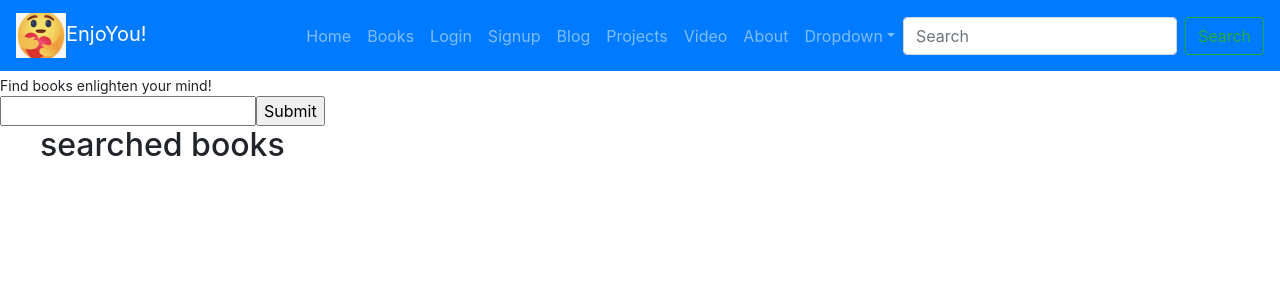
Repository: ebo-arcadia/enjoyou
Page: /books
These files come from the project's save history. The page is drawn as it stood at one moment and after the next save; the edit follows.
The browser window is 1280 px wide. The pictures show the whole page.
The project was rebuilt for these pictures with package versions that can differ from the ones it lists, and the page was loaded fresh each time. Also part of the build but not shown: src/App.css, src/components/Header.js, src/components/Home.js, src/containers/Login.js, src/containers/signup.js, src/containers/blog.js, src/containers/Projects.js, src/containers/video.js and 1 more.

Above is the page before, as saved 2021-04-21 23:37:14.

### public/index.html
<!DOCTYPE html>
<html lang="en">
  <head>
    <meta charset="utf-8" />
    <link rel="icon" href="%PUBLIC_URL%/favicon.ico" />
    <meta name="viewport" content="width=device-width, initial-scale=1" />
    <meta name="theme-color" content="#000000" />
    <meta
      name="description"
      content="Web site created using create-react-app"
    />
    <link rel="apple-touch-icon" href="%PUBLIC_URL%/logo192.png" />
    <!--
      manifest.json provides metadata used when your web app is installed on a
      user's mobile device or desktop. See https://developers.google.com/web/fundamentals/web-app-manifest/
    -->
    <link rel="manifest" href="%PUBLIC_URL%/manifest.json" />
    <link rel="stylesheet" href="https://cdn.jsdelivr.net/npm/bootstrap@4.6.0/dist/css/bootstrap.min.css" integrity="sha384-B0vP5xmATw1+K9KRQjQERJvTumQW0nPEzvF6L/Z6nronJ3oUOFUFpCjEUQouq2+l" crossorigin="anonymous" />

    <!--
      Notice the use of %PUBLIC_URL% in the tags above.
      It will be replaced with the URL of the `public` folder during the build.
      Only files inside the `public` folder can be referenced from the HTML.

      Unlike "/favicon.ico" or "favicon.ico", "%PUBLIC_URL%/favicon.ico" will
      work correctly both with client-side routing and a non-root public URL.
      Learn how to configure a non-root public URL by running `npm run build`.
    -->
    <title>React App</title>
  </head>
  <body>
    <noscript>You need to enable JavaScript to run this app.</noscript>
    <div id="root"></div>
    <!--
      This HTML file is a template.
      If you open it directly in the browser, you will see an empty page.

      You can add webfonts, meta tags, or analytics to this file.
      The build step will place the bundled scripts into the <body> tag.

      To begin the development, run `npm start` or `yarn start`.
      To create a production bundle, use `npm run build` or `yarn build`.
    -->
  </body>
</html>

### src/index.css
body, html {
  height: 100%;
}

/* -------------Header--------------- */

.header-wraper {
  background-image: url("https://mdbootstrap.com/img/Photos/Horizontal/Nature/full page/img(11).jpg");
  position: relative;
  height: 50vh;
  background-position: center;
  background-repeat: no-repeat;
  background-size: cover;
}

.main-info {
  display: flex;
  position: absolute;
  top: 0;
  left: 0;
  right: 0;
  bottom: 0;
  flex-direction: column;
  justify-content: center;
  align-items: center;
  text-align: center;
  font-family: "Roboto Condesed, sans-serif";

}

.main-info h1 {
  color: blueviolet;
  text-transform: capitalize;
}

/* ----------Typed Text-------------- */

.typed-text {
  color: blue;
  font-size: 2rem;
}

/* ----------Navigation Bar-------------- */


.nav-link:hover {
  text-decoration: none;
  background-color: crimson;
  transition: .3s ease-in-out;
}

### src/containers/App.js
import React from "react";
import '../App.css';
import 'bootstrap/dist/css/bootstrap.min.css';
import { BrowserRouter as Router, Switch, Route } from "react-router-dom";
import Home from '../components/Home';
import Books from '../containers/Books';
import Login from '../containers/Login';
import Signup from '../containers/Signup';
import Blog from '../containers/Blog';
import Projects from '../containers/Projects';
import Video from '../containers/Video';
import About from '../components/About'
import NavigationBar from '../components/NavigationBar';

export default function App() {
  return (
    <React.Fragment>
      <Router>
        <div>
          <NavigationBar />
          {/* A <Switch> looks through its children <Route>s and
              renders the first one that matches the current URL. */}
          <Switch>
            <Route path="/home"><Home /></Route>
            <Route path="/books"><Books /></Route>
            <Route path="/login"><Login /></Route>
            <Route path="/signup"><Signup /></Route>
            <Route path="/blog"><Blog /></Route>
            <Route path="/projects"><Projects /></Route>
            <Route path="/video"><Video /></Route>
            <Route path="/about"><About /></Route>
            <Route exact path="/"><Home /></Route>
          </Switch>
        </div>
      </Router>
    </React.Fragment>
  );
}

### src/containers/Books.js
import React, { Component, useState } from 'react';
import BooksList from '../components/BooksList';
import { Form, Row, Col, Button, } from 'react-bootstrap';

const NYT_API_KEY = 'dGpQ5OmGP2SgfvZimlpCUoF4iOag9qzZ';
const URL = 'https://api.nytimes.com/svc/movies/v2/reviews/search.json?'
            + `api-key=${NYT_API_KEY}`;

// using hooks
function Books() {
    const [book, setBook] = useState("");
    const [result, setResult] = useState([]);
    const [apiKey, setApiKey] = useState("dGpQ5OmGP2SgfvZimlpCUoF4iOag9qzZ")

    const handleSubmit = (event) => {
        event.preventDefault();
        console.log(book)
        fetch(`https://api.giphy.com/v1/gifs/search?q=${book}&api_key=dc6zaTOxFJmzC&rating=g`)
        .then(response => response.json())
        .then(data => {setResult(data.data)})
        setBook("")
    }

    return (
        <>
            <Form.Text>Find books enlighten your mind!</Form.Text>
            <form onSubmit={handleSubmit}>
                <input type="text" value={book} onChange={event => setBook(event.target.value)} />
                <input type="submit" value="Submit" />
            </form>
            <BooksList result={result}/>
        </>
    )
}

// using stateful
// class Books extends Component {
//     constructor() {
//         super();
//         this.state = { books: [], searchTerm: ""};
//     }

//     handleChange = (event) => {
//         this.setState({ searchTerm: event.target.value })
//     }

//     handleSubmit = (event) => {
//         event.preventDefault();
//         let searchTerm = this.state.searchTerm
//         this.searchBooks(searchTerm)
//     }

//     searchBooks = (searchTerm="Top pick") => {
//         fetch(URL + `&query=${searchTerm}`)
//         .then(response => response.json())
//         .then(booksData => this.setState({ books: booksData.result}))
//     }

//     render() {
//         return (
//             <div>
//                 <Form onSubmit={this.handleSubmit}>
//                     <Row>
//                         <Col xs={4}>
//                         <Form.Group controlId="forSearchBooks">
//                             <Form.Control type="text" placeholder="search books" value={this.state.searchTerm} onChange={this.handleChange} />
//                             <Form.Text> Find books enlighening your mind! </Form.Text>
//                         </Form.Group>
//                         </Col>
//                     </Row>
//                     <Button variant="primary" type="submit">Search</Button>
//                 </Form>
//                 <BooksList books={this.state.books} />
//             </div>

//         )
//     }
// }

export default Books;

### src/components/NavigationBar.js
import React from 'react';
import { Navbar, Nav, NavDropdown, Form, FormControl, Button } from 'react-bootstrap';
import Logo from '../assets/logo.png';


const NavigationBar = () => {
    return (
        <Navbar bg="primary" expand="lg" variant="dark" fixed="top" style={{position: "sticky"}}>
        <Navbar.Brand href="home"><img src={Logo} style={{width: 50, height: 45}} className="logo" alt="logo"/>EnjoYou!</Navbar.Brand>
        <Navbar.Toggle aria-controls="basic-navbar-nav" />
        <Navbar.Collapse id="basic-navbar-nav">
          <Nav className="ml-auto">
            <Nav.Link href="/">Home</Nav.Link>
            <Nav.Link href="books">Books</Nav.Link>
            <Nav.Link href="login">Login</Nav.Link>
            <Nav.Link href="signup">Signup</Nav.Link>
            <Nav.Link href="blog">Blog</Nav.Link>
            <Nav.Link href="projects">Projects</Nav.Link>
            <Nav.Link href="video">Video</Nav.Link>
            <Nav.Link href="about">About</Nav.Link>
            <NavDropdown title="Dropdown" id="basic-nav-dropdown">
              <NavDropdown.Item href="#action/3.1">Action</NavDropdown.Item>
              <NavDropdown.Item href="#action/3.2">Another action</NavDropdown.Item>
              <NavDropdown.Item href="#action/3.3">Something</NavDropdown.Item>
              <NavDropdown.Divider />
              <NavDropdown.Item href="#action/3.4">Separated link</NavDropdown.Item>
            </NavDropdown>
          </Nav>
          <Form inline>
            <FormControl type="text" placeholder="Search" className="mr-sm-2" />
            <Button variant="outline-success">Search</Button>
          </Form>
        </Navbar.Collapse>
      </Navbar>
    )
}

export default NavigationBar;

### src/components/BooksList.js
import React from 'react';
// import { Card } from 'react-bootstrap';

const BooksList = (props) => {
    return (
            <ul className="book-list">
                <h2>searched books</h2>
                {props.result.slice(0,3).map((gif) => {
                    return (
                        <li key={gif.id}>
                            <img className="gif" src={gif.images.original.url} alt={gif.images.original.frames}></img>
                        </li>
                    )
                })}
            </ul>
            )
        }

export default BooksList;

Loaded but not shown: src/index.js (common file); src/reportWebVitals.js (common file)

After the next save:
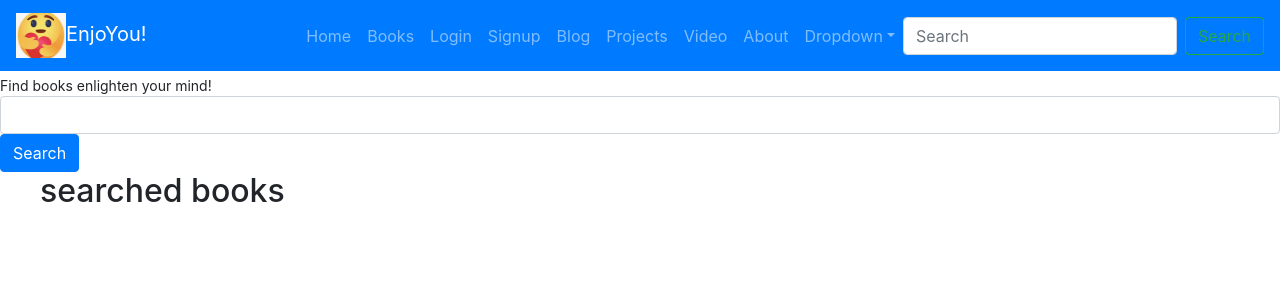
Saved 2 min 5 s later.
--- a/src/containers/Books.js
+++ b/src/containers/Books.js
@@ -24,10 +24,10 @@ function Books() {
     return (
         <>
             <Form.Text>Find books enlighten your mind!</Form.Text>
-            <form onSubmit={handleSubmit}>
-                <input type="text" value={book} onChange={event => setBook(event.target.value)} />
-                <input type="submit" value="Submit" />
-            </form>
+            <Form onSubmit={handleSubmit}>
+                <Form.Control type="text" value={book} onChange={event => setBook(event.target.value)} />
+                <Button variant="primary" type="submit">Search</Button>
+            </Form>
             <BooksList result={result}/>
         </>
     )
